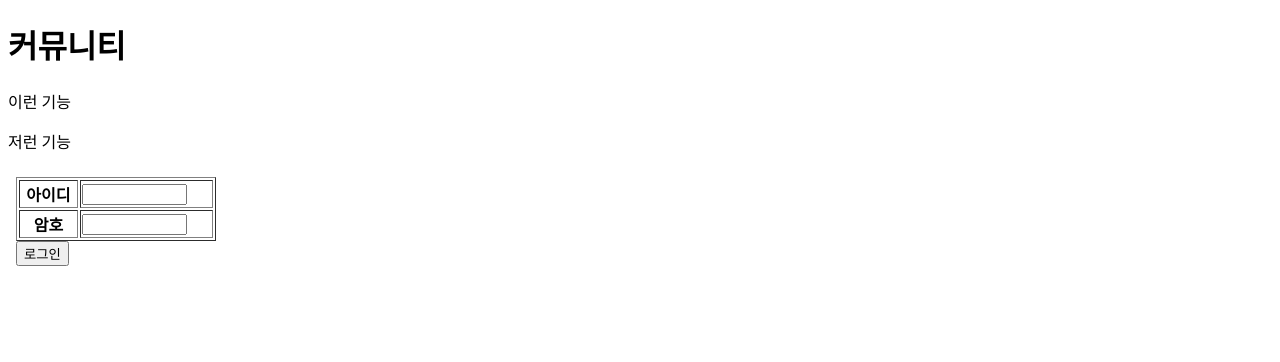
Repository: zzzzzzin/Server_Class
Page: http://localhost/JSPTest/ex04_include.jsp
An editor plug-in stored every save of this project. The page is shown before and after the next save, followed by the edit.
The browser window is 1280 px wide. The pictures show the whole page.
The page is served by Tomcat 9.

Above is the page before, as saved 2024-04-01 06:20:36.

### JSPTest/src/main/webapp/ex04_include.jsp
<%@ page language="java" contentType="text/html; charset=UTF-8"
    pageEncoding="UTF-8"%>
<!DOCTYPE html>
<html>
<head>
<meta charset="UTF-8">
<title>ex04_include</title>
</head>
<body>
	<%--
		<%@ include file="URL" %>
		- 특정 JSP 페이지(HTML, Text 등)를 현재 JSP 페이지의 일부분으로 삽입하는 기술
		- 조각 페이지
	 --%>
	 <h1>커뮤니티</h1>

	 <p>이런 기능</p>
	 <p>저런 기능</p>

	 <iframe src="login.jsp" style="border:0"></iframe>

</body>
</html>

### JSPTest/src/main/webapp/login.jsp
<%@ page language="java" contentType="text/html; charset=UTF-8"
    pageEncoding="UTF-8"%>
<!DOCTYPE html>
<html>
<head>
<meta charset="UTF-8">
<title>Insert title here</title>
</head>
<body>
	<table border width="200">
		<tr>
			<th>아이디</th>
			<td><input type="text" size="10"></td>
		</tr>
		<tr>
			<th>암호</th>
			<td><input type="password" size="10"></td>
		</tr>
	</table>
	<div>
		<input type="button" value="로그인">
	</div>
</body>
</html>

After the next save:
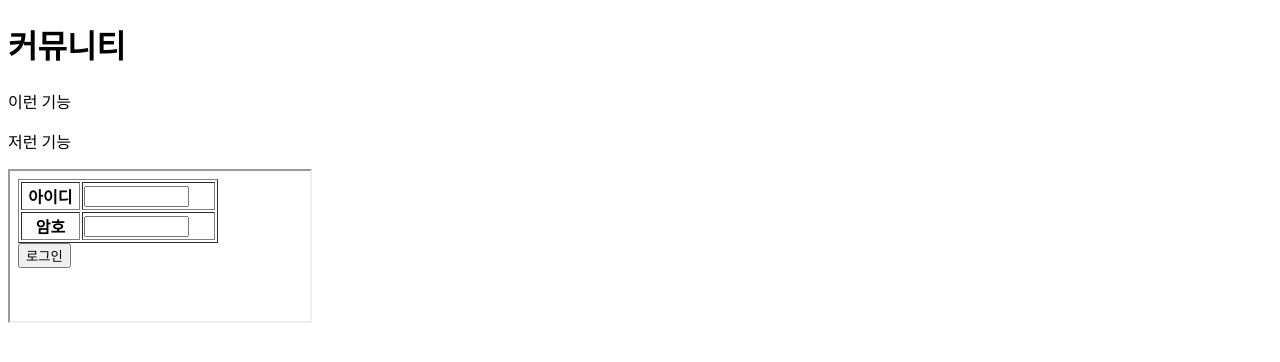
Saved 26 s later.
--- a/JSPTest/src/main/webapp/ex04_include.jsp
+++ b/JSPTest/src/main/webapp/ex04_include.jsp
@@ -17,7 +17,7 @@
 	 <p>이런 기능</p>
 	 <p>저런 기능</p>
 
-	 <iframe src="login.jsp" style="border:0"></iframe>
+	 <iframe src="login.jsp" style="frameborder: "0"></iframe>
 
 </body>
 </html>
